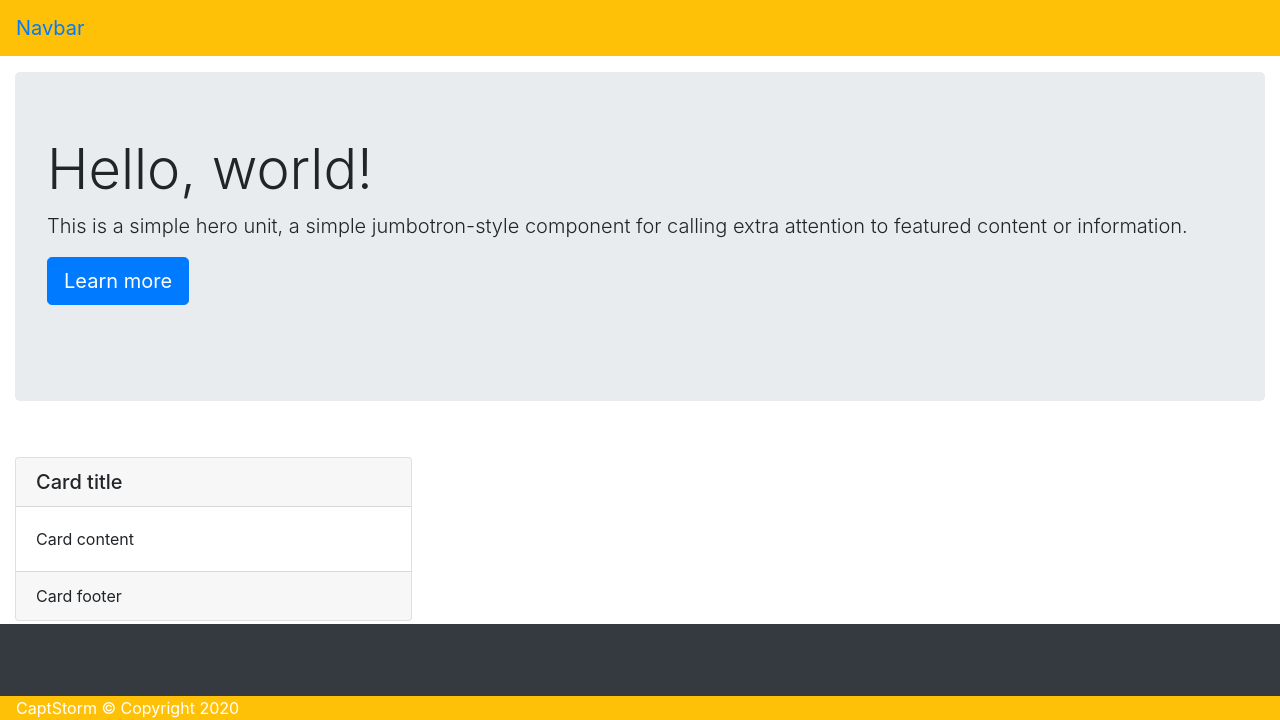
Repository: CaptainStorm21/complete-react16-bootstrap-passing-props
Page: /
An editor plug-in stored every save of this project. The page is shown before and after the next save, followed by the edit.
The browser window is 1280 px wide. The pictures show the whole page.
The project was rebuilt for these pictures with package versions that can differ from the ones it lists, and the page was loaded fresh each time.

Above is the page before, as saved 2020-04-23 14:15:10.

After the next save:
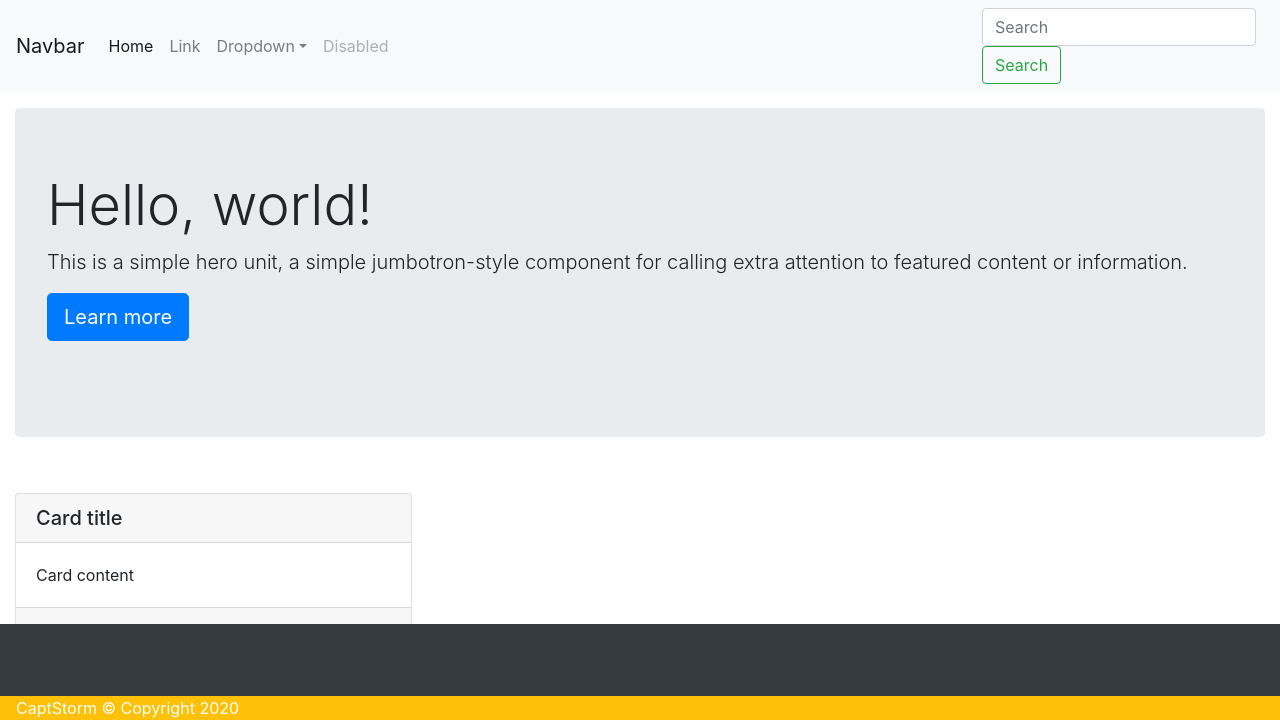
Saved 40 s later.
--- a/src/components/layout/Header.js
+++ b/src/components/layout/Header.js
@@ -3,7 +3,7 @@ import Navbar from "./Navbar";
 
 function Header() {
   return (
-<nav className="navbar navbar-default bg-warning" role="navigation">
+    <nav className="navbar navbar-expand-lg navbar-light bg-light">
               <Navbar />
     </nav>
   );
